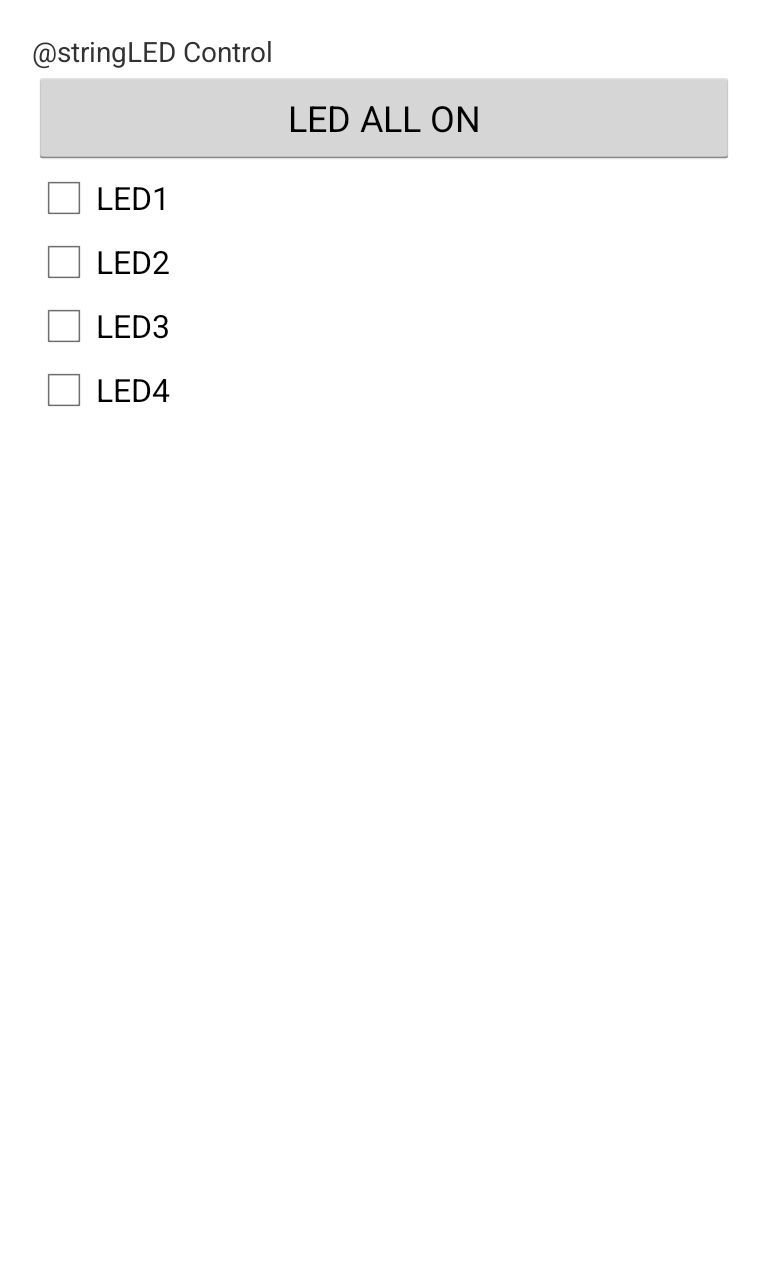
Repository: zgliuyang/android_study
Layout: LedCtrl/res/layout/activity_main.xml
These files come from the project's save history. The layout is drawn as it stood at one moment and after the next save; the edit follows.
It is drawn on a 768 x 1280 px phone screen (xhdpi) without system bars, with theme AppTheme; the app's code is not run.

Above is the layout before, as saved 2020-05-20 16:29:35.

After the next save:
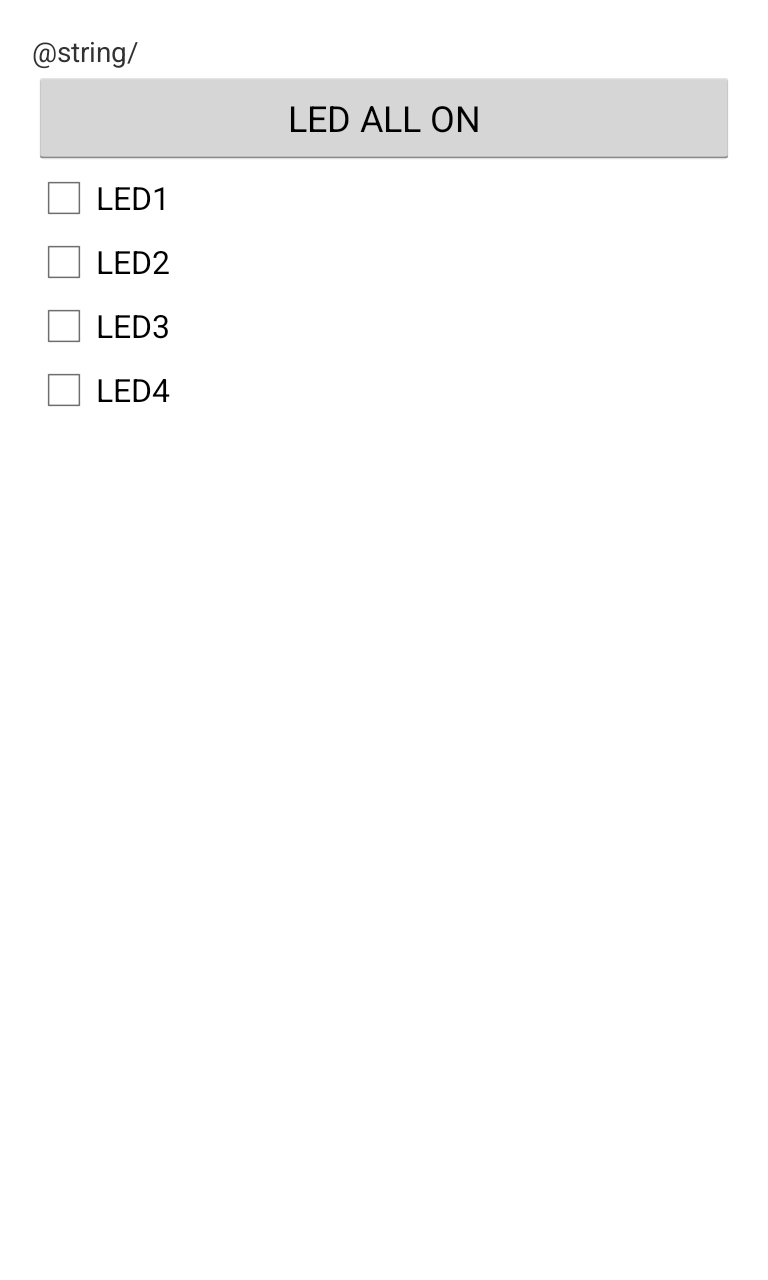
Saved 19 s later.
--- a/LedCtrl/res/layout/activity_main.xml
+++ b/LedCtrl/res/layout/activity_main.xml
@@ -12,7 +12,7 @@
     <TextView
         android:layout_width="wrap_content"
         android:layout_height="wrap_content"
-        android:text="@stringLED Control" />
+        android:text="@string/" />
     <Button
         android:layout_width="fill_parent"
         android:layout_height="wrap_content"
